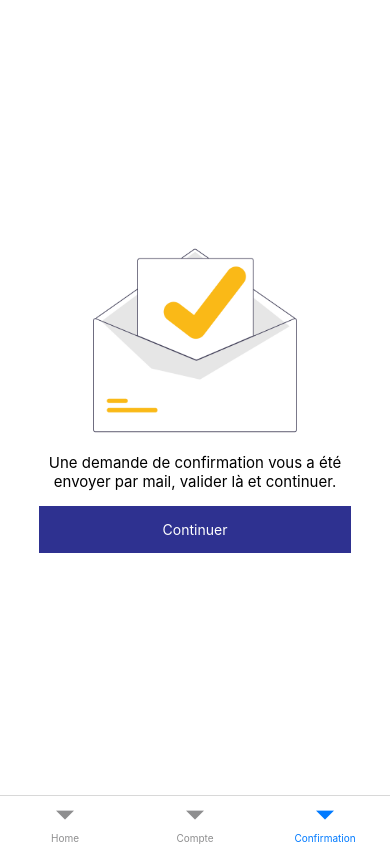
Repository: Norlan-20/Last-Afrilink
Screen: /Confirmation
An editor plug-in stored every save of this project. The screen is shown before and after the next save, followed by the edit.
The app was drawn by React Native's web renderer in a window 390 px wide. The project was rebuilt for these pictures with package versions that can differ from the ones it lists, and the page was loaded fresh each time. Also part of the build but not shown: screen/User.js.

Above is the screen before, as saved 2021-09-25 03:55:55.

### App.js
/* eslint-disable prettier/prettier */
import React from 'react'
import {View} from 'react-native'
import { NavigationContainer } from '@react-navigation/native'
import { createNativeStackNavigator } from '@react-navigation/native-stack'
import { createBottomTabNavigator } from '@react-navigation/bottom-tabs'
import HomeScreen from './screen/Home'
import UserScreen from './screen/User'
import ConfirmationScreen from './screen/Confirmation'

const Tab = createBottomTabNavigator();
const Stack = createNativeStackNavigator();


const App = () => {
  return (
    <NavigationContainer>
      <Tab.Navigator screenOptions={{headerShown: false}} >
        <Tab.Screen name="Home" component={HomeScreen}/>
        <Tab.Screen name="Compte" component={UserScreen}/>
        <Tab.Screen name="Confirmation" component={ConfirmationScreen}/>
      </Tab.Navigator>
    </NavigationContainer>
  );
};

export default App;

### screen/Home.js
/* eslint-disable prettier/prettier */
import React from 'react';
import {View, Text, StyleSheet, StatusBar, Dimensions, ScrollView} from 'react-native';
import { Header, Icon, Image, SearchBar } from 'react-native-elements';
import Categorie from '../component/categorie';
import Produit from '../component/produit';
// import EvilIcons from 'react-native-vector-icons/EvilIcons';

const {width,height} = Dimensions.get('window');
const fond = '#F7F7F7';
const primary = '#2e3190';
const search = '#DDDDDD';

const HomeScreen = props => {
    return (
        <View style={styles.container}>
            <StatusBar hidden={false}/>
            <Header
                leftComponent={<Icon name="navicon" type="evilicon" size={40} color="#FFF"/>}
                centerComponent={<Image source={require('../assets/logobleu.jpg')} style={{width: 200, height: 50}} />}
                rightComponent={<Icon name="cart" type="evilicon" size={40} color="#FFF"/>}
                backgroundColor={primary}
            />
            <SearchBar
                placeholder="Rechercher"
                round
                lightTheme
                containerStyle={{ width: width,backgroundColor: fond, borderWidth: 0}}
                inputContainerStyle={{ height: 45, backgroundColor: search, borderRadius: 150 }}
                inputStyle={{ height: 45,backgroundColor: search }}
                // searchIcon={<Icon name="user" type="ionicon" />}
                showCancel
                cancelIcon
                onClear
                style={{width: width}}
            />
            <ScrollView>
                <Categorie nom="Catégorie" />
                <Produit nom="Vedette" />
            </ScrollView>
        </View>
    );
};

const styles = StyleSheet.create({
    container:{
        flex: 1,
        backgroundColor: '#F7F7F7',
    },
});

export default HomeScreen;

### screen/Confirmation.js
/* eslint-disable prettier/prettier */
import React from 'react';
import  { View, Text, StyleSheet, Dimensions, Image } from 'react-native';
import { Continuer } from '../component/button';

const {width} = Dimensions.get('window');
const fond = '#F7F7F7';
const primary = '#2e3190';

const ConfirmationScreen = () => {
    return (
        <View style={styles.container}>
            <Image source={require('../assets/mailsent.png')} style={{ width: width - 100, height: width / 2}}/>
            <Text style={styles.message}>Une demande de confirmation vous a été envoyer par mail, valider là et continuer.</Text>
            <Continuer />
        </View>
    );
};

const styles = StyleSheet.create({
    container:{
        flex: 1,
        backgroundColor: '#FFF',
        alignItems: 'center',
        justifyContent: 'center',
    },
    message:{
        width: width - (width / 5),
        textAlign: 'center',
        fontSize: 15,
        marginTop: 15
    },
});

export default ConfirmationScreen;

### component/button.js
/* eslint-disable prettier/prettier */
import React from 'react'
import { TouchableOpacity, Text, Dimensions, StyleSheet } from 'react-native'

const {width} = Dimensions.get('window');
const primary = '#2e3190';

export const Continuer = () => {
    return(
        <TouchableOpacity style={ styles.continuer }>
            <Text style={styles.textWhite}>Continuer</Text>
        </TouchableOpacity>
    );
};

const styles = StyleSheet.create({
    continuer: {
        backgroundColor: primary,
        width: width - (width / 5),
        marginTop: 15,
        flexDirection: 'row',
        padding: 15,
        justifyContent: 'center',
    },
    textWhite: {
        color: '#FFFFFF',
    },
});

Loaded but not shown: component/categorie.js (library); component/produit.js (library)

After the next save:
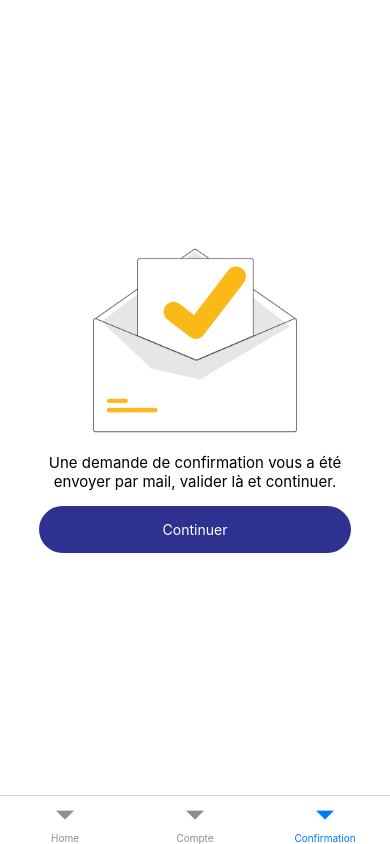
Saved 69 s later.
--- a/component/button.js
+++ b/component/button.js
@@ -21,6 +21,7 @@ const styles = StyleSheet.create({
         flexDirection: 'row',
         padding: 15,
         justifyContent: 'center',
+        borderRadius: 100,
     },
     textWhite: {
         color: '#FFFFFF',
